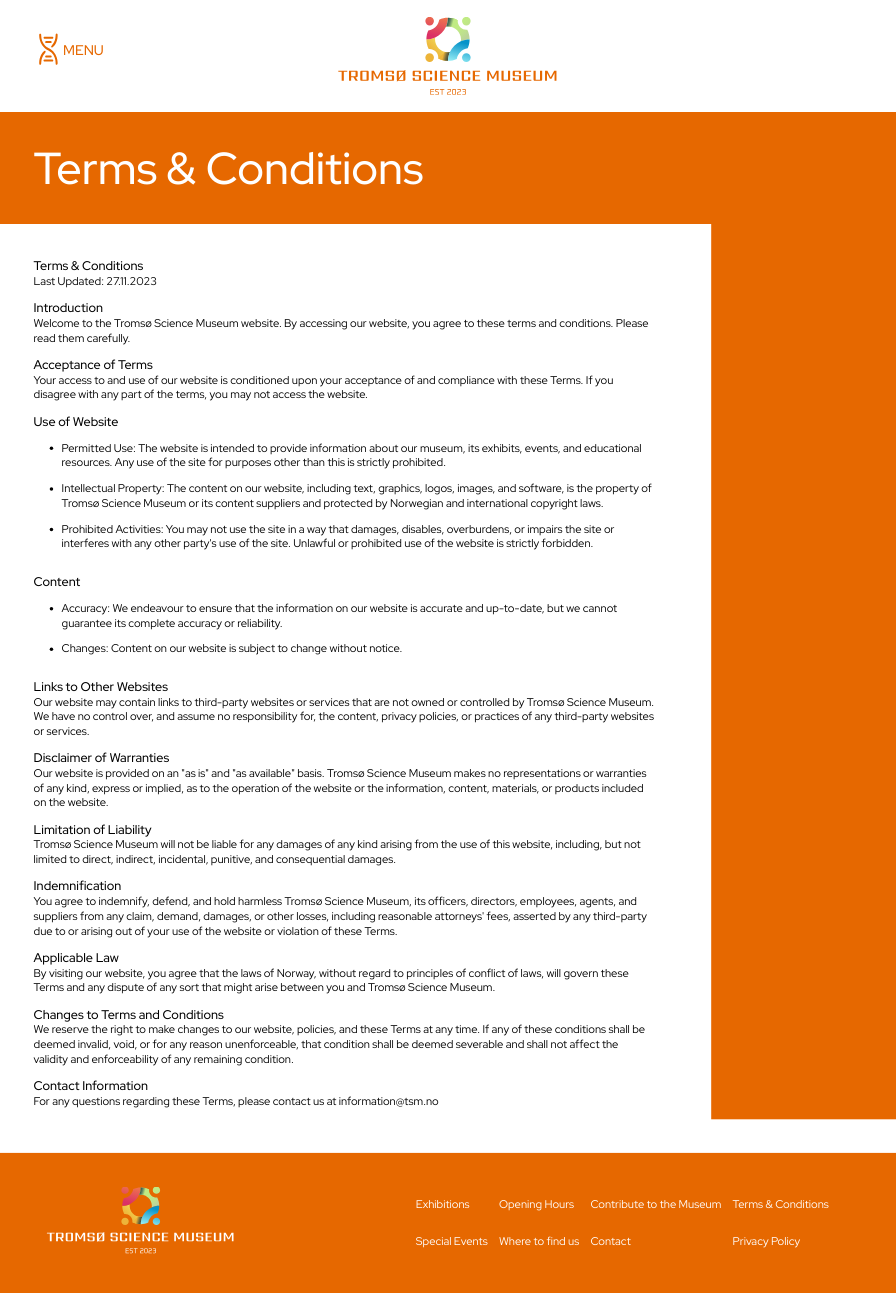
Repository: benjaminskarding/Semester-Project
Page: terms_conditions.html
These files come from the project's save history. The page is drawn as it stood at one moment and after the next save; the edit follows.
The browser window is 1280 px wide. The pictures show the whole page, at 70% of full size.

Above is the page before, as saved 2023-11-29 16:17:42.

### terms_conditions.html
<!DOCTYPE html>
<html lang="en">
<head>
    <meta charset="UTF-8">
    <meta name="viewport" content="width=device-width, initial-scale=1.0">
    <link rel="stylesheet" href="/src/css/terms_conditions.css">
    <link rel="preconnect" href="https://fonts.googleapis.com">
    <link rel="preconnect" href="https://fonts.gstatic.com" crossorigin>
    <link href="https://fonts.googleapis.com/css2?family=Red+Hat+Display:wght@300;400;500;600;700;800&display=swap" rel="stylesheet">
    <title>Terms & Conditions</title>
</head>
<body>
    <header class="header-collection">
        <div class="header-wrapper">
            <nav class="header-main-nav">
                <div class="header-nav-left">
                    <a href="#menuOverlay" aria-label="Open Menu">
                        <img src="assets/images/icons/helixOrange.svg" class="menuIcon" alt="navigation menu icon">
                        <span class="orange">MENU</span>
                    </a>
                </div>
                <div class="header-nav-center-logo"></div>
                    <img class="logo" src="assets/images/logo/logoOrange.svg" alt="company logo">
                <div class="header-nav-right-placeholder">
                </div>
            </nav>
        </div>


        <!--hamburger menu overlay start-->
      <div class="hamburger-overlay" id="menuOverlay" aria-label="Menu overlay">

        <div class="overlay-header">
            <a href="#closeOverlay" class="overlay-close-btn" aria-label="Close menu">&times;</a>
            <a id="closeOverlay"></a>
        </div>

        <div class=overlayTitle>
          <h3>MENU</h3>
        </div>

        <div class="overlayOptionsContainer">
          <div class="separatorLine" aria-hidden="true"></div>
            <a href="list_of_products_men.html">
              <h5 class="menu-item">MENS</h5>
            </a>
          <div class="separatorLine" aria-hidden="true"></div>
            <a href="list_of_products_women.html">
              <h5 class="menu-item">WOMENS</h5>
          </a>
          <div class="separatorLine" aria-hidden="true"></div>
            <a href="list_of_products_men.html">
              <h5 class="menu-item">PHASE OUT 40%</h5>
          </a>
          <div class="separatorLine" aria-hidden="true"></div>
            <a href="about_page.html">
              <h5 class="menu-item">ABOUT</h5>
          </a>
          <div class="separatorLine" aria-hidden="true"></div>
            <a href="contact_us.html">
              <h5 class="menu-item">CONTACT</h5>
          </a>
          <div class="separatorLine" aria-hidden="true"></div>
            <a href="contact_us.html">
              <h5 class="menu-item">SUPPORT</h5>
          </a>
          <div class="separatorLine" aria-hidden="true"></div>
        </div>

        <div class="overlayLogoContainer">
            <img src="assets/images/logo/logo.svg" class="overlayLogo" alt="rainy days logo in hamburger overlay">
        </div>
      </div>
      <!--hamburger menu overlay end-->
    </header>
        <div class="top-bar">
            <h3 class="medium">Terms & Conditions</h3>
        </div>
        <div class="main-content-container">
            <div class="main-content">
                <h6>Terms & Conditions</h6>
                <p>Last Updated: 27.11.2023</p>
                <h6>Introduction</h6>
                <p>Welcome to the Tromsø Science Museum website. By accessing our website, you agree to these terms and conditions. Please read them carefully.</p>
                <h6>Acceptance of Terms</h6>
                <p>Your access to and use of our website is conditioned upon your acceptance of and compliance with these Terms. If you disagree with any part of the terms, you may not access the website.</p>
                <h6>Use of Website</h6>
                <ul>
                    <li>Permitted Use: The website is intended to provide information about our museum, its exhibits, events, and educational resources. Any use of the site for purposes other than this is strictly prohibited.</li>
                    <li>Intellectual Property: The content on our website, including text, graphics, logos, images, and software, is the property of Tromsø Science Museum or its content suppliers and protected by Norwegian and international copyright laws.</li>
                    <li>Prohibited Activities: You may not use the site in a way that damages, disables, overburdens, or impairs the site or interferes with any other party's use of the site. Unlawful or prohibited use of the website is strictly forbidden.</li>
                </ul>
                <h6>Content</h6>
                <ul>
                    <li>Accuracy: We endeavour to ensure that the information on our website is accurate and up-to-date, but we cannot guarantee its complete accuracy or reliability.</li>
                    <li>Changes: Content on our website is subject to change without notice.</li>
                </ul>
                <h6>Links to Other Websites</h6>
                <p>Our website may contain links to third-party websites or services that are not owned or controlled by Tromsø Science Museum. We have no control over, and assume no responsibility for, the content, privacy policies, or practices of any third-party websites or services.</p>
                <h6>Disclaimer of Warranties</h6>
                <p>Our website is provided on an "as is" and "as available" basis. Tromsø Science Museum makes no representations or warranties of any kind, express or implied, as to the operation of the website or the information, content, materials, or products included on the website.</p>
                <h6>Limitation of Liability</h6>
                <p>Tromsø Science Museum will not be liable for any damages of any kind arising from the use of this website, including, but not limited to direct, indirect, incidental, punitive, and consequential damages.</p>
                <h6>Indemnification</h6>
                <p>You agree to indemnify, defend, and hold harmless Tromsø Science Museum, its officers, directors, employees, agents, and suppliers from any claim, demand, damages, or other losses, including reasonable attorneys' fees, asserted by any third-party due to or arising out of your use of the website or violation of these Terms.</p>
                <h6>Applicable Law</h6>
                <p>By visiting our website, you agree that the laws of Norway, without regard to principles of conflict of laws, will govern these Terms and any dispute of any sort that might arise between you and Tromsø Science Museum.</p>
                <h6>Changes to Terms and Conditions</h6>
                <p>We reserve the right to make changes to our website, policies, and these Terms at any time. If any of these conditions shall be deemed invalid, void, or for any reason unenforceable, that condition shall be deemed severable and shall not affect the validity and enforceability of any remaining condition.</p>
                <h6>Contact Information</h6>
                <p>For any questions regarding these Terms, please contact us at information@tsm.no</p>
            </div>
            <div class="sidebar"></div>
        </div>
        <footer id=desktop-footer class="footer">
            <div class="footer-container">
                  <!--footer left side-->
                  <a href="index.html" class="footer-left-container" aria-label="Back to homepage">
                    <img src="assets/images/logo/logo.svg" class="footer-logo" alt="company logo in footer">
                  </a>
                <!--footer center-->
                <div class="footer-center-container">
                  <div class="footer-column-1">
                    <p class="footer-titles">Exhibitions</p>
                    <p class="footer-titles">Special Events</p>
                  </div>
                  <div class="footer-column-2">
                    <p class="footer-titles">Opening Hours</p>
                    <p class="footer-titles">Where to find us</p>
                  </div>
                  <div class="footer-column-3">
                    <p class="footer-titles">Contribute to the Museum</p>
                    <p class="footer-titles">Contact</p>
                  </div>
                  <div class="footer-column-4">
                    <p class="footer-titles">Terms & Conditions</p>
                    <p class="footer-titles">Privacy Policy</p>
                  </div>
                </div>
            </div>
          </footer>
</body>
</html>

### src/css/terms_conditions.css
@import url(common.css);
@import url(_reset.css);
@import url(_variables.css);

.sidebar {
    display: flex;
    flex-direction: column;
    align-items: center;
    justify-content: flex-start;
    right: 0;
    width: 50%;
    background-color: #E66800;
}

.main-content {
    display: flex;
    flex-direction: column;
    margin-left: 3rem;
    margin-top: 3rem;
}

.main-content p, li {
    margin-bottom: 1em;
    margin-right: 5em;
}

.reduce-margin {
    margin-top: -1em;
}

### src/css/common.css
body, html {
    height: 100%;
    margin: 0;
}

a {
    text-decoration: none;
    cursor: pointer;
    color: inherit;
}

/* common header, landing page has specific */

.header-collection {
    background-color: white;
    height: 160px;
}

.header-wrapper {
    margin-left: 3rem;
    margin-right: 3rem;
}

.logo {
    margin-top: 1.5rem;
}


.header-main-nav {
    display: flex;
    justify-content: space-between;
    align-items: center;
    width: 100%;
}



.header-nav-left {
    flex: 1;
    display: flex;
    align-items: center;
    font-size: 1.25rem;
    font-weight: var(--font-weight-medium);
}

.header-nav-left a {
    display: flex;
    justify-content: flex-start;
    align-items: center;
}

.header-nav-center-logo {
    flex: 0;
}

.header-nav-right-placeholder {
    flex: 1;
    display: flex;
    justify-content: flex-end;
}

/* Footer */

.footer{
    background-color: var(--color-secondary);
    height: 200px;
    display: flex;
    margin-top: 3rem;
}

.footer-container {
    display: flex;
    align-items: center;
    justify-content: space-between;
    margin-left: 3rem;
    margin-right: 3rem;
    width: 100%;
}


.footer-center-container {
    display: flex;
    gap: 1rem;
    margin-right: 3rem;
}

.footer-logo {
    height: 100px;
}

.footer-titles {
    display: flex;
    margin-bottom: 2rem;
    margin-top: 2rem;
    color: white;
}


/* Main content */

.main-content-container {
    display: flex;
}

.top-bar {
    display: flex;
    align-items: center;
    background-color: #E66800;
    width: 100%;
    height: 160px;
}

.top-bar h3 {
    margin-left: 3rem;
}

/* Hamburger overlay */

.hamburger-overlay {
    position: fixed;
    top: 160px;
    right: 0;
    width: 25%;
    height: 100%;
    background-color: var(--color-secondary);
    z-index: 1000;
    visibility: hidden;
    opacity: 0;
    transition: opacity 0.3s, visibility 0.3s;
    display: flex;
    flex-direction: column;
    justify-content: space-between;
}

.overlay-header {
    display: flex;
    justify-content: space-between;
    align-items: center;
    text-align: center;
}

.hamburger-overlay:target {
    visibility: visible;
    opacity: 1;
}

.overlayOptionsContainer {
    flex-direction: column;
    height: 100%;
}

.menu-item {
    display: flex;
    justify-content: space-between;
    align-items: center;
    margin: 0 1rem;
    color: white;
}

.overlayTitle {
    display: flex;
    align-items: center;
    justify-content: center;
    color: var(--color-primary);
    margin-bottom: 10px;
}

.overlayLogoContainer {
    display: flex;
    justify-content: center;
    margin-bottom: 2rem;
    margin-top: 1rem;
}

.overlayLogo {
    width: 50%;
}

.overlay-close-btn {
    padding-top: 10px;
    margin-left: 1rem;
    color: white;
    font-size: 2rem;
    background: none;
    border: none;
    cursor: pointer;
}

### src/css/_reset.css
*, *:before, *:after {
    box-sizing: inherit;
  }

  body {
    box-sizing: border-box;
    min-height: 100vh;
    margin: 0;
  }

### src/css/_variables.css
:root{
    --color-primary: white;
    --color-secondary: #E66800;

    --font-primary: 'Red Hat Display', sans-serif;
    --font-size: 16px;
    --font-weight-regular: 400;
    --font-weight-medium: 500;
    --font-weight-semibold: 600;
    --font-weight-bold: 700;
}

.medium {
    font-weight: 500
}

.regular {
    font-weight: 400;
}

.semibold {
    font-weight: 600;
}

strong, .bold {
    font-weight: var(--font-weight-bold)
}

body {
    font-family: var(--font-primary)
}

.white {
    color:white;
}

.orange {
    color: var(--color-secondary)
}

h1,h2,h3,h4 {
    color: var(--color-primary)
}

h1,h2,h3,h4,h5,h6,p {
    font-family: var(--font-primary);
    margin: 0;
    padding: 0;
}

h3 {
    font-size: 4rem; /* 64px */
}

h5 {
    font-size: 1.25rem; /*20px*/
    font-weight: var(--font-weight-medium);
}

h6 {
    font-size: 1.125rem; /*18px*/
    font-weight: var(--font-weight-medium)
}

After the next save:
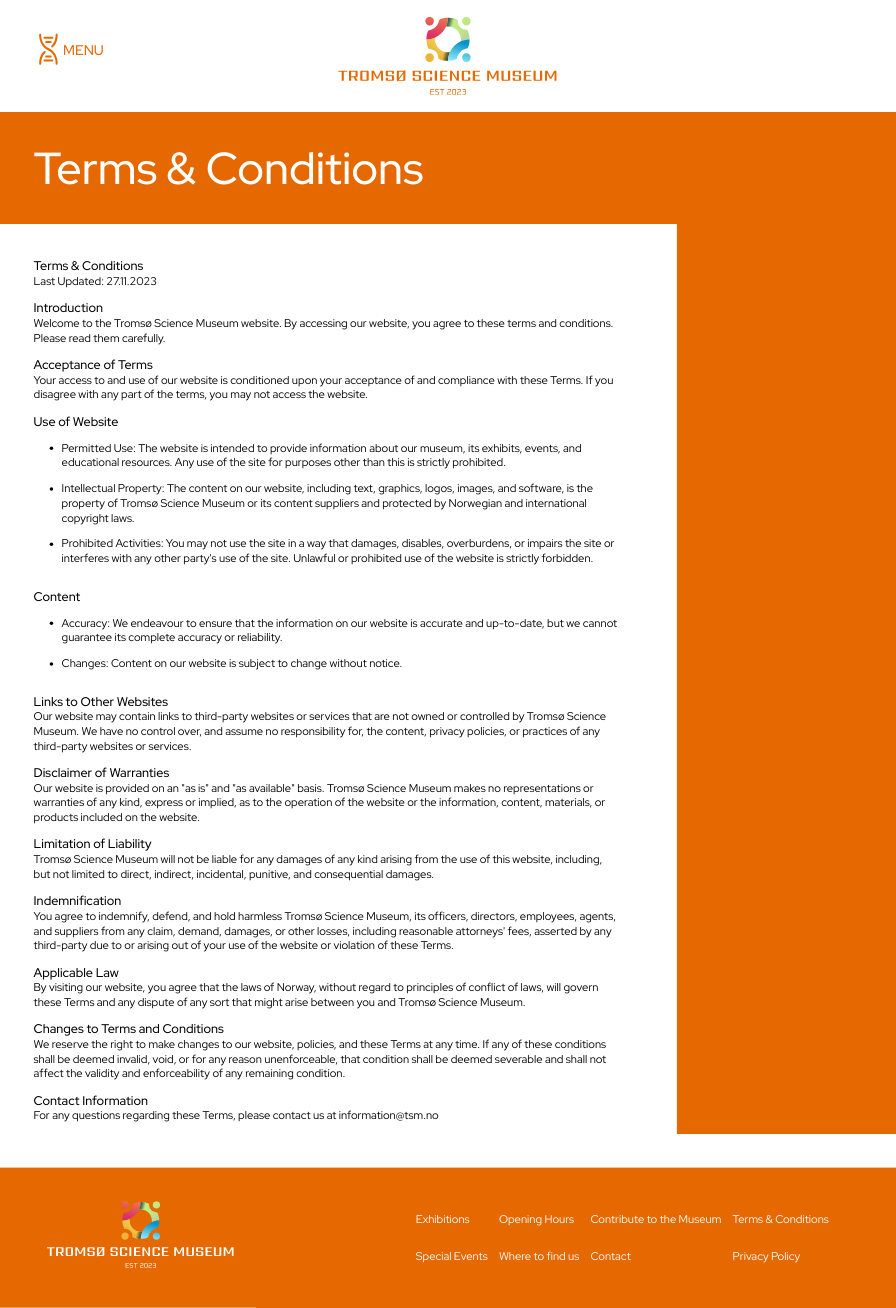
Saved 53 s later.
--- a/src/css/terms_conditions.css
+++ b/src/css/terms_conditions.css
@@ -8,7 +8,7 @@
     align-items: center;
     justify-content: flex-start;
     right: 0;
-    width: 50%;
+    width: 50rem;
     background-color: #E66800;
 }
 
